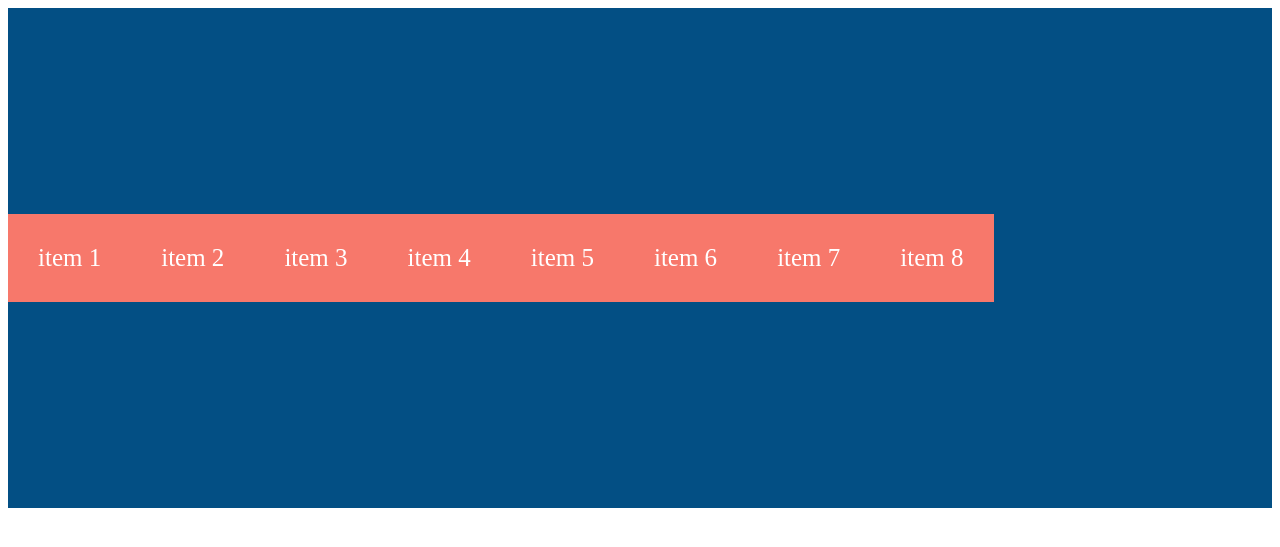
Repository: mehmetbuber38/flex
Page: flex-row-alignment.html
These files come from the project's save history. The page is drawn as it stood at one moment and after the next save; the edit follows.
The browser window is 1280 px wide. The pictures show the whole page.

Above is the page before, as saved 2022-01-31 21:02:01.

### flex-row-alignment.html
<!DOCTYPE html>
<html lang="en">

<head>
    <meta charset="UTF-8">
    <meta http-equiv="X-UA-Compatible" content="IE=edge">
    <meta name="viewport" content="width=device-width, initial-scale=1.0">
    <title>Flex Container</title>
</head>
<style>
    .container {
        display: flex;
        flex-wrap: wrap;
        /* gap: 30px; */
        /*Hem yatayda hem dikeyde 30px liık bosluk bırakır.*/
        /* row-gap: 20px; Dikey ekseninde 20px lik boşluk bırakır */
        /* column-gap: 20px; Yatay ekseninde 20px lik boşluk bırakır. */
        /* align-items: center; itemleri ortalar  */
        align-content: center;
        /*Content dediğimizde ise container alanının ortasını kaplar. */
        /* align-content: flex-end; */
        /* align-content: flex-start; */
        /* align-content: space-around; */
        /* align-content: space-between; */
        /* align-content: space-evenly; */
        height: 500px;
        background-color: #034f84;

    }

    .item {
        background-color: #f7786b;
        padding: 30px;
        /* margin: 20px; */
        color: #fff;
        font-size: 25px;
    }
</style>

<body>
    <div class="container">
        <div class="item ">item 1</div>
        <div class="item ">item 2</div>
        <div class="item ">item 3</div>
        <div class="item ">item 4</div>
        <div class="item ">item 5</div>
        <div class="item ">item 6</div>
        <div class="item ">item 7</div>
        <div class="item ">item 8</div>

    </div>

</body>

</html>

After the next save:
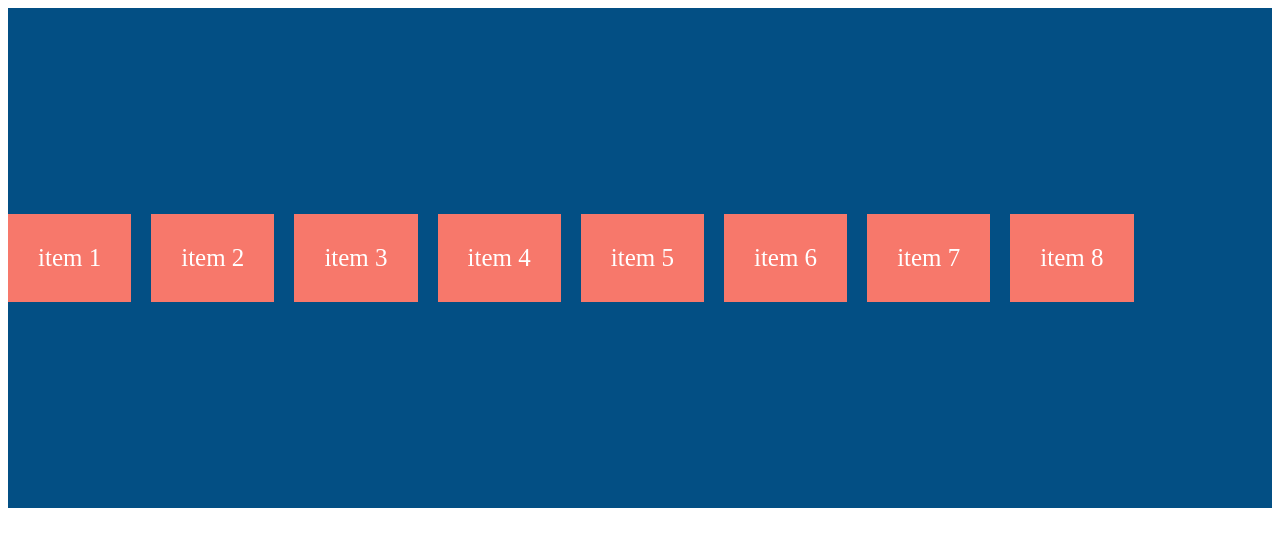
Saved 19 s later.
--- a/flex-row-alignment.html
+++ b/flex-row-alignment.html
@@ -11,8 +11,8 @@
     .container {
         display: flex;
         flex-wrap: wrap;
-        /* gap: 30px; */
-        /*Hem yatayda hem dikeyde 30px liık bosluk bırakır.*/
+        gap: 20px;
+        /*Hem yatayda hem dikeyde 20px liık bosluk bırakır.*/
         /* row-gap: 20px; Dikey ekseninde 20px lik boşluk bırakır */
         /* column-gap: 20px; Yatay ekseninde 20px lik boşluk bırakır. */
         /* align-items: center; itemleri ortalar  */
